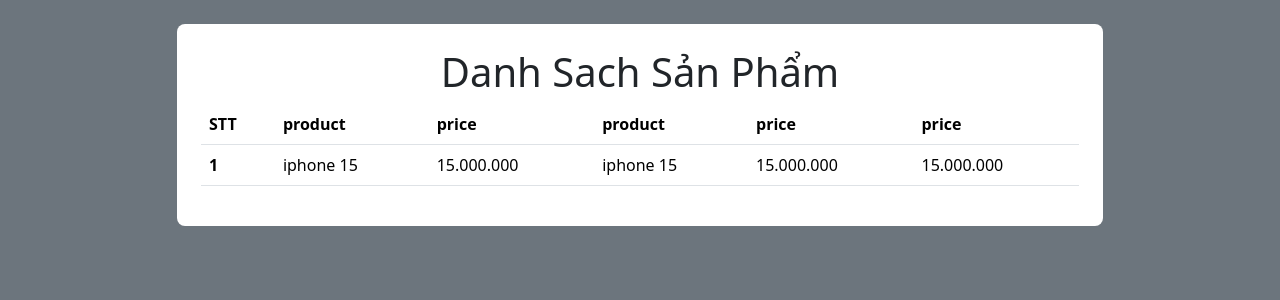
Repository: HT-35/iuh
Page: thi GK/listProduct.html
The author's editor kept a copy of each file at every save. The page is drawn from the files as they stood at one save, then again after a run of saves.
The browser window is 1280 px wide. The pictures show the whole page.
The page's requests for data from a server got no answer.

Above is the page before, as saved 2024-03-27 18:19:30.

After the next 2 saves:
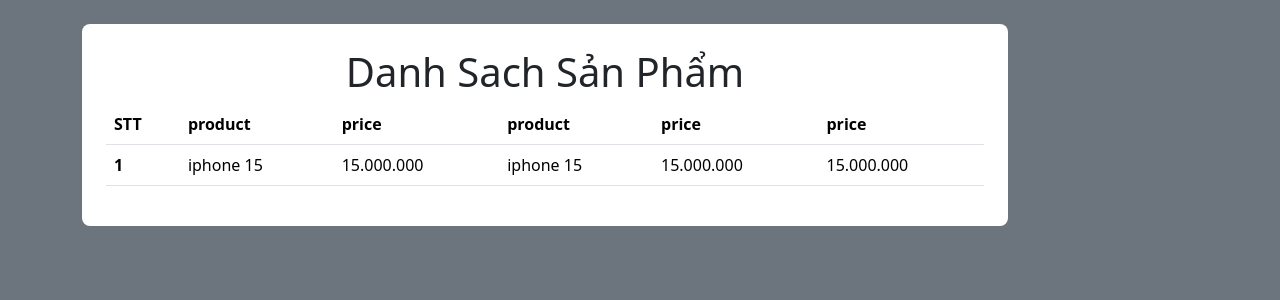
The 2 saves are shown as one change because they came seconds apart.
The last was saved 36 s later.
--- a/thi GK/listProduct.html
+++ b/thi GK/listProduct.html
@@ -12,7 +12,7 @@
 
   <div class="row">
 
-    <div class="col-sm-1 col-md-1 col-lg-1"></div>
+    <!-- <div class="col-sm-1 col-md-1 col-lg-1"></div> -->
 
     <div class="col-sm-10 col-md-10 col-lg-10">
       <div class="  bg-white rounded-3 p-2 w-100 mt-4 p-4">
@@ -58,7 +58,7 @@
     </div>
 
 
-    <div class="col-sm-1 col-md-1 col-lg-1"></div>
+    <!-- <div class="col-sm-1 col-md-1 col-lg-1"></div> -->
   </div>
 
 
